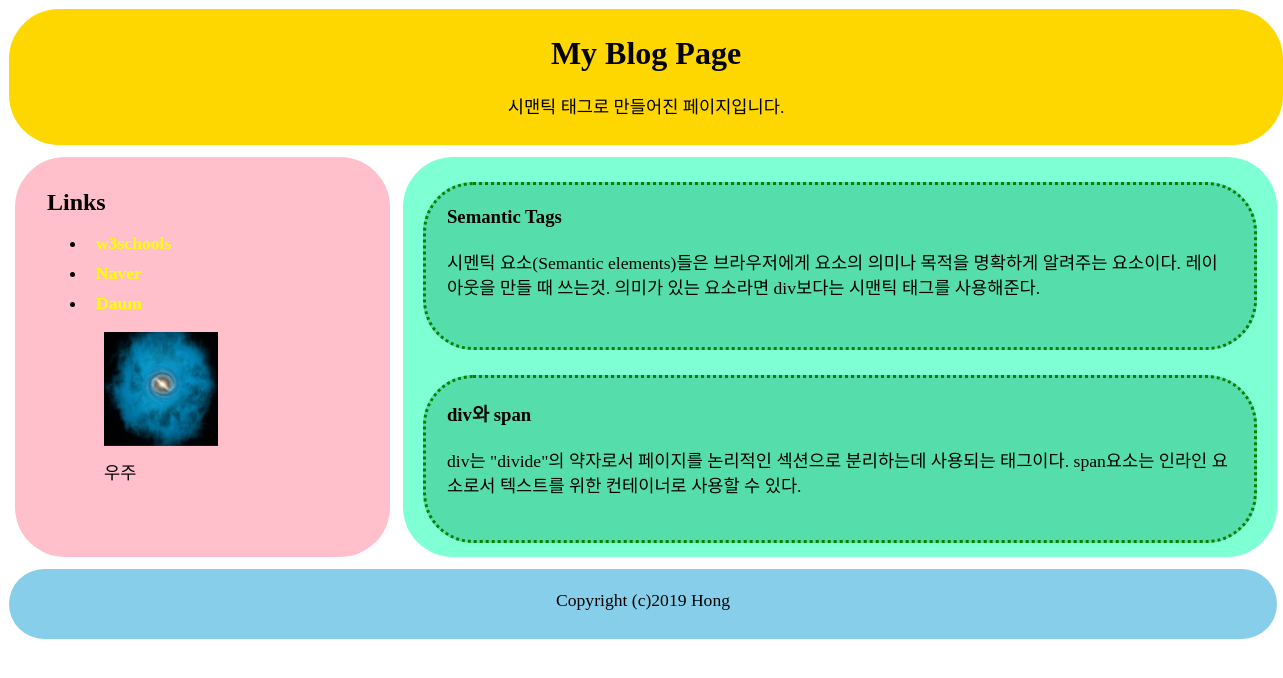
Repository: solsol7/ddit-html
Page: webpro/WebContent/0630/연습2과제.html
These files come from the project's save history. The page is drawn as it stood at one moment and after the next save; the edit follows.
The browser window is 1280 px wide. The page is 1283 px wide, so the pictures cover 1283 px, including what lies to the right of the window. The pictures show the whole page.

Above is the page before, as saved 2023-07-02 23:56:13.

### webpro/WebContent/0630/연습2과제.html
<!DOCTYPE html>
<html>
<head>
<meta charset="UTF-8">
<title>Insert title here</title>
<style>
html, body{
  margin : 0px;
  padding : 0px;
}
body * {
  margin : 3px;
  padding : 3px;
  border-radius : 50px;
}
h1{
  margin-top : 20px;
}
p{
  font-size: 1.1rem;
  margin-top: 15px;
}
#스폰지밥{
  margin-left : 60px;
  margin-top : 0px;
}
#container{
  display : flex;
  flex-direction: column;
}
#items{
  display : flex;
  flex-direction: row;
  width : 100%;
}
header{
  width : 100%;
  height : 130px;
  background : gold;
  text-align: center;
}
footer{
  width : 100%;
  height : 70px;
  background: skyblue;
  text-align: center;
  box-sizing: border-box;
}
aside{
  flex : 30%;
  height : 400px;
  background: pink;
  padding : 20px;
  margin-right : 10px;
  box-sizing: border-box;
}
ul{
  margin-top : 5px;
  margin-left : 40px;
  font-weight: bold;
  font-size : 1.1rem;
}
a{

}
img{
  width : 120px;
  height : 120px;
  border-radius : 0px;
  margin-left : 60px;
  box-sizing: border-box;
}
section{
  flex : 70%;
  height : 400px;
  background: #7fffd4;
  box-sizing: border-box;
  padding : 0px 20px;
}
article{
  border : 3px dotted green;
  height : 42%;
  margin : 25px auto;
  box-sizing: border-box;
  padding : 15px;
  background: #55deab;
}
a{

}
a:link{
  color : yellow;
  text-decoration: none;
}
a:visited{
  color : white;
}
a:hover{
  color : violet;
}
a:active{
  color : red;
}
</style>
</head>
<body>
<div id="container">
  <header>
    <h1> My Blog Page </h1>
    <p>시맨틱 태그로 만들어진 페이지입니다.</p>
  </header>
  <div id="items">
    <aside>
      <figure>
        <h2>Links</h2>
        <ul>
          <li><a href="https://www.w3schools.com" target="_blank">w3schools</a></li>
          <li><a href="http://www.naver.com" target="_blank">Naver</a></li>
          <li><a href="http://www.daum.net" target="_blank">Daum</a></li>
        </ul>
        <img src="../images/우주3.jpg" alt="우주3.jpg">
        <p id="스폰지밥">우주</p>
      </figure>
    </aside>
    <section>
      <article>
        <h3>Semantic Tags</h3>
        <p>시멘틱 요소(Semantic elements)들은 브라우저에게 요소의 의미나 목적을 명확하게 알려주는 요소이다.
        	레이아웃을 만들 때 쓰는것. 의미가 있는 요소라면 div보다는 시맨틱 태그를 사용해준다.</p>
      </article>
      <article>
        <h3>div와 span</h3>
        <p>div는 "divide"의 약자로서 페이지를 논리적인 섹션으로 분리하는데 사용되는 태그이다.
        	span요소는 인라인 요소로서 텍스트를 위한 컨테이너로 사용할 수 있다.</p>
      </article>
    </section>
  </div>
  <footer>
    <p>Copyright (c)2019 Hong</p>
  </footer>
</div>
</body>
</html>

After the next save:
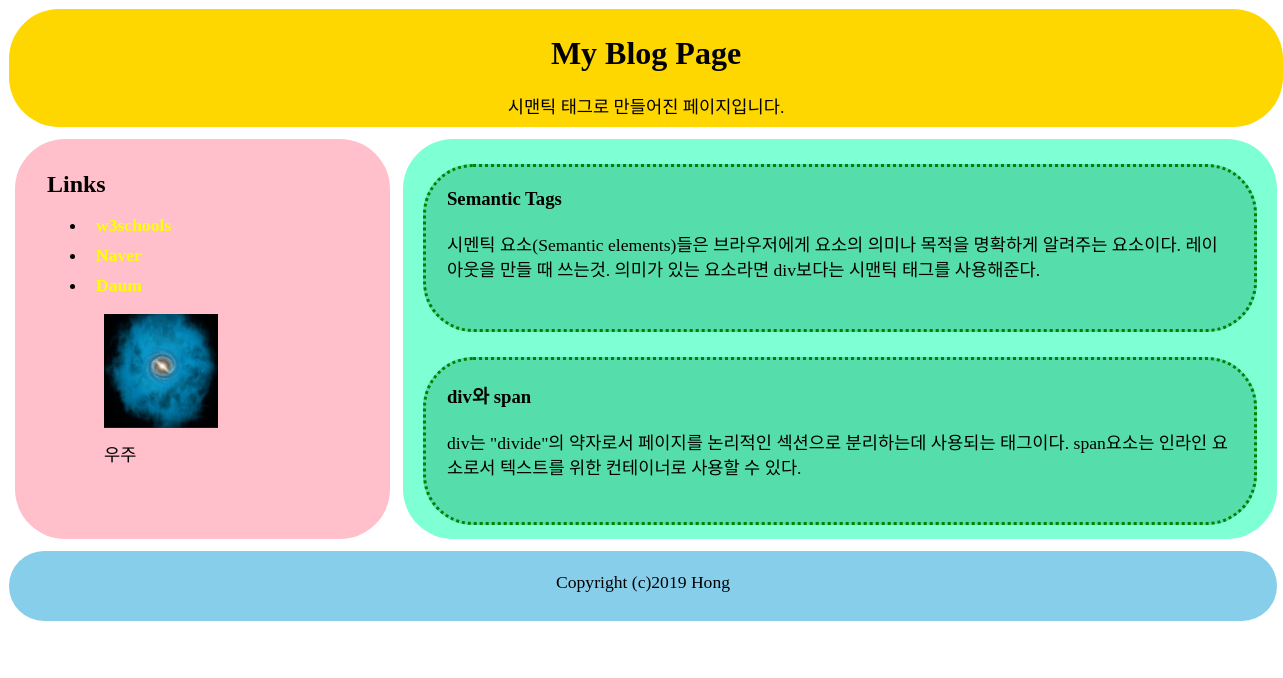
Saved 110 s later.
--- a/webpro/WebContent/0630/연습2과제.html
+++ b/webpro/WebContent/0630/연습2과제.html
@@ -35,7 +35,7 @@ p{
 }
 header{
   width : 100%;
-  height : 130px;
+  height : 30%;
   background : gold;
   text-align: center;
 }
